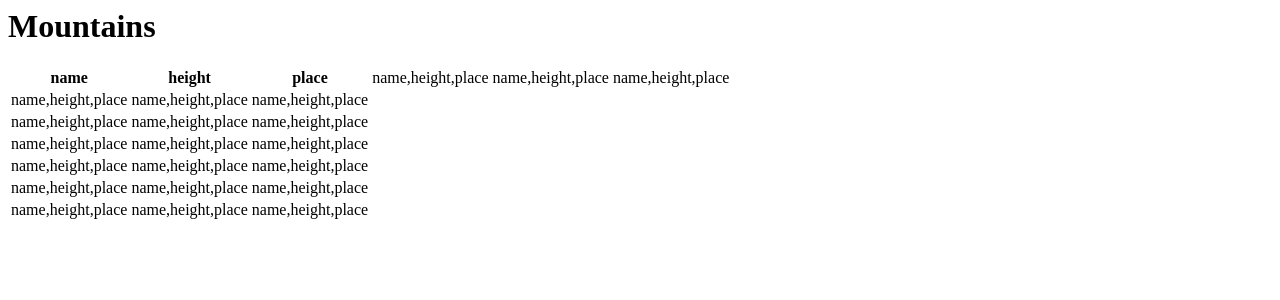
Repository: adamkonopka1991/Uni
Page: Kiez App/8.1/index.html
The author's editor kept a record of every edit. The page is drawn from the files as they stood at one moment, then again after the next edit.
The browser window is 1280 px wide. The pictures show the whole page.

Above is the page before.

### Kiez App/8.1/index.html
<h1>Mountains</h1>

<div id="mountains"></div>

    <script>
      const MOUNTAINS = [
        {name: "Kilimanjaro", height: 5895, place: "Tanzania"},
        {name: "Everest", height: 8848, place: "Nepal"},
        {name: "Mount Fuji", height: 3776, place: "Japan"},
        {name: "Vaalserberg", height: 323, place: "Netherlands"},
        {name: "Denali", height: 6168, place: "United States"},
        {name: "Popocatepetl", height: 5465, place: "Mexico"},
        {name: "Mont Blanc", height: 4808, place: "Italy/France"}
      ];

    function table(array)
    {
       let output= "<table>";
       let keys= Object.keys(array[0]);

       for(let i=0; i<array.length; i++)
       {

           output+= "<tr>";
           if(i==0)
           {
               for(let z=0; z<keys.length; z++)
               {
                   output+= "<th>"+keys[z]+"</th>";
               }
           }
           for(let z=0; z<keys.length; z++)
               {
                   output+= "<td>"+Object.keys(array[i])+"</td>";
               }
           output+= "</tr>";

       }

       output+="</table>";

       return output;

    }

    let element=document.getElementById("mountains");

    element.innerHTML=table(MOUNTAINS);


    </script>



</div>

After the next edit:
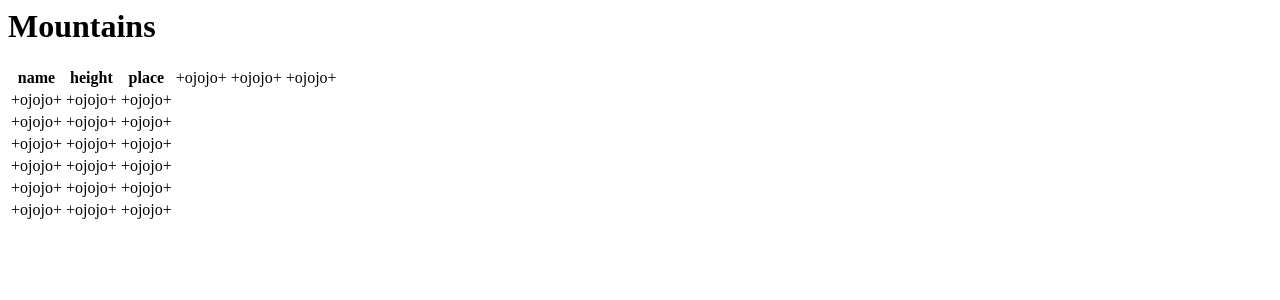
The edit:
--- a/Kiez App/8.1/index.html
+++ b/Kiez App/8.1/index.html
@@ -31,7 +31,7 @@
            }
            for(let z=0; z<keys.length; z++)
                {
-                   output+= "<td>"+Object.keys(array[i])+"</td>";
+                   output+= "<td>+ojojo+</td>";
                }
            output+= "</tr>";
 
